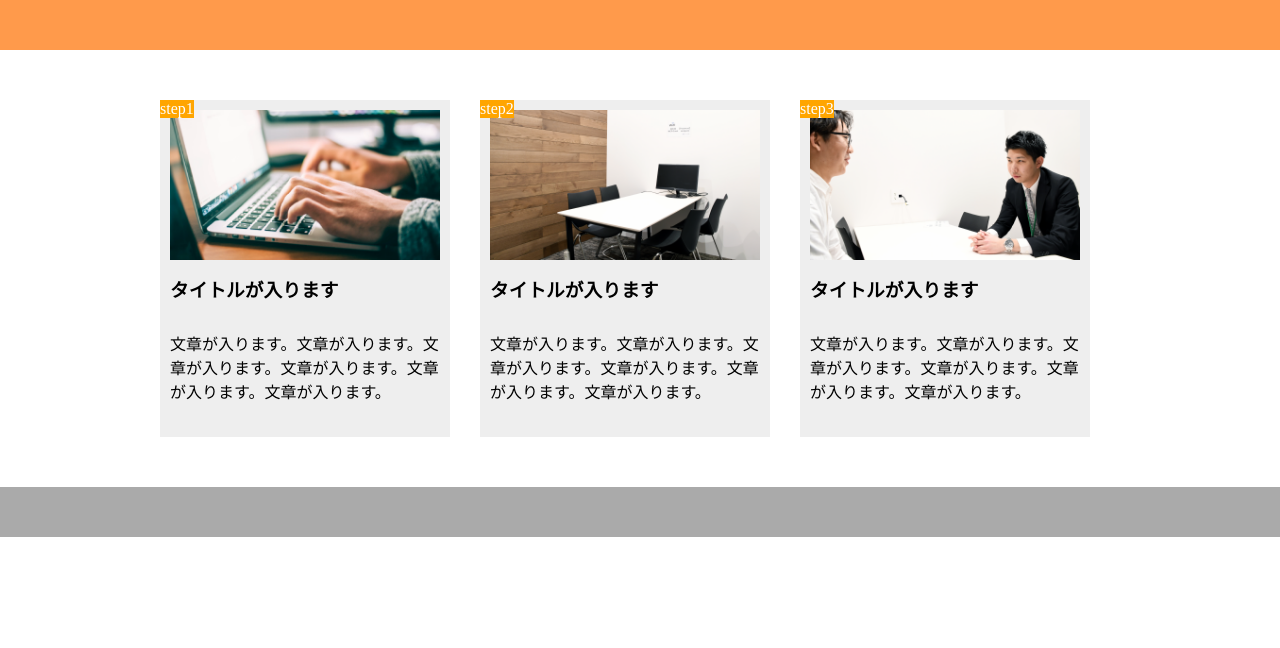
Repository: hahumanhugou/test1
Page: test1/test1.html
The author's editor kept a record of every edit. The page is drawn from the files as they stood at one moment, then again after the next edit.
The browser window is 1280 px wide. The pictures show the whole page.
Some web libraries are served in a nearby version.

Above is the page before.

### test1/test1.html
<!DOCTYPE html>
<html lang="ja">
  <head>
    <meta charset="UTF-8" />
    <meta name="viewport" content="width=device-width,initial-scale=1.0">
     <script src="https://kit.fontawesome.com/13adee6c96.js" crossorigin="anonymous"></script>
    <!-- CSSファイルの読み込み -->
    <link rel="stylesheet" href="test1.css" />
    <title>確認課題１</title>
  </head>

  <body>
    <!-- header -->
    <header>  </header>
      <div class="largebox">
        <div class="box">
         <div class="image"></div>
          <h3 class="title">タイトルが入ります</h3>
          　<p class="text">文章が入ります。文章が入ります。文章が入ります。文章が入ります。文章が入ります。文章が入ります。 </p>
          　　<div class="step"><font color="white">step1</font></div>
          </div>
            <div class="box">
         <div class="image2"></div>
          <h3 class="title">タイトルが入ります</h3>
          　<p class="text">文章が入ります。文章が入ります。文章が入ります。文章が入ります。文章が入ります。文章が入ります。</p>
          　　<div class="step"><font color="white">step2</font></div>
          </div>
            <div class="box">
         <div class="image3"></div>
          <h3 class="title">タイトルが入ります</h3>
          　<p class="text">文章が入ります。文章が入ります。文章が入ります。文章が入ります。文章が入ります。文章が入ります。 </p>
          　　<div class="step"><font color="white">step3</font></div>
          </div>



        </div>
    <footer></footer>
 </body>
</html>

### test1/test1.css
* {
  box-sizing: border-box;
  margin: 0;
  padding: 0;
}

header {
  height: 50px;
  background-color: #ff9a4b;
}


.largebox{
  width: 960px;
  margin: 50px auto;
  display: flex;
}

.box{
  width: 300px;
  margin-right: 30px;
  padding: 10px;
  position: relative;
  background-color: #eee;
}

.step-box:last-child {
  margin-right: 0;
}
.image{
  background-image: url(img/flow01.png);
  height: 150px;
  background-position: bottom;
  background-size: cover;
}

.image2{
  background-image: url(img/flow02.png);
  height: 150px;
  background-position: bottom;
  background-size: cover;
}
.image3{
  background-image: url(img/flow03.png);
  height: 150px;
  background-position: bottom;
  background-size: cover;
}

.title{
 margin: 15px 0 5px;
}


.step{
 position: absolute;
 background-color: orange;
 top: 0;
 left: 0;
}

footer {
  height: 50px;
  background-color: #aaa;
}

@media screen and (max-width: 768px) {

.largebox{
  width: 100%;
  display: block;
  margin-right: 0;
  padding-left: 5%;
  padding-right: 5%;
}

.box{
  width: 100%;
  margin-bottom: 20px;

}

.step-box:last-child {
  margin-bottom:  0;
}
.image{
 width: 100%;
}

.image2{
 width: 100%
}
.image3{
 width: 100%;
}


}

After the next edit:
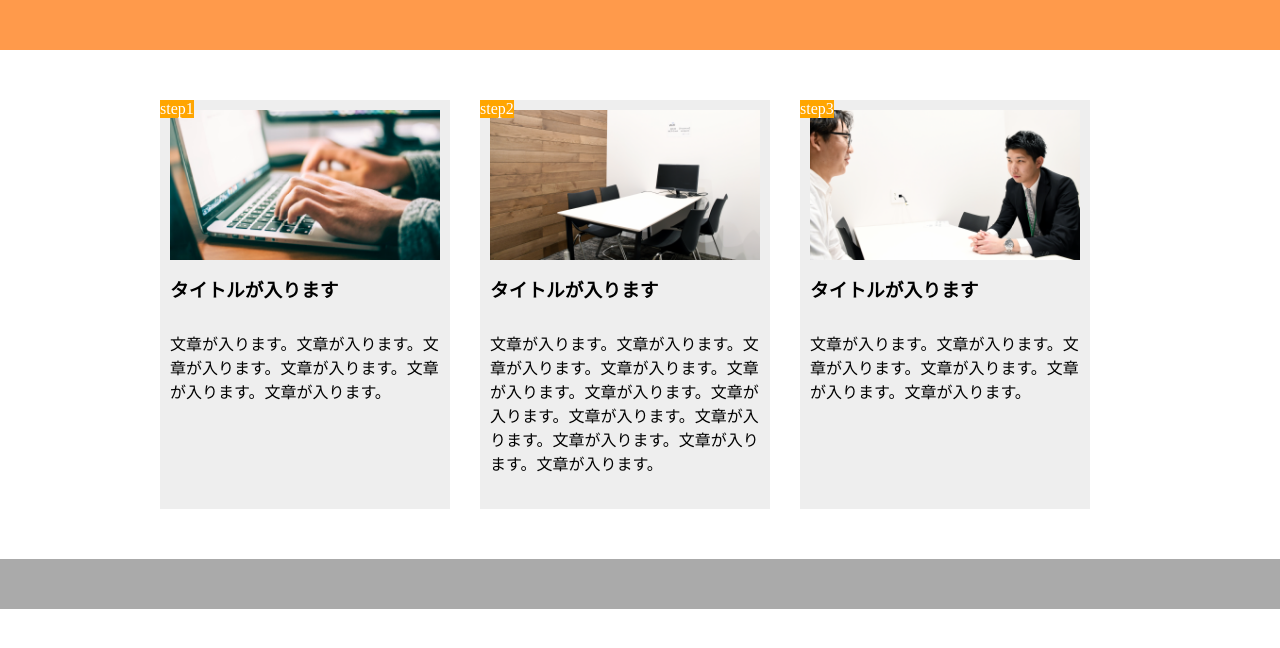
The edit:
--- a/test1/test1.html
+++ b/test1/test1.html
@@ -22,7 +22,7 @@
             <div class="box">
          <div class="image2"></div>
           <h3 class="title">タイトルが入ります</h3>
-          　<p class="text">文章が入ります。文章が入ります。文章が入ります。文章が入ります。文章が入ります。文章が入ります。</p>
+          　<p class="text">文章が入ります。文章が入ります。文章が入ります。文章が入ります。文章が入ります。文章が入ります。文章が入ります。文章が入ります。文章が入ります。文章が入ります。文章が入ります。文章が入ります。</p>
           　　<div class="step"><font color="white">step2</font></div>
           </div>
             <div class="box">
